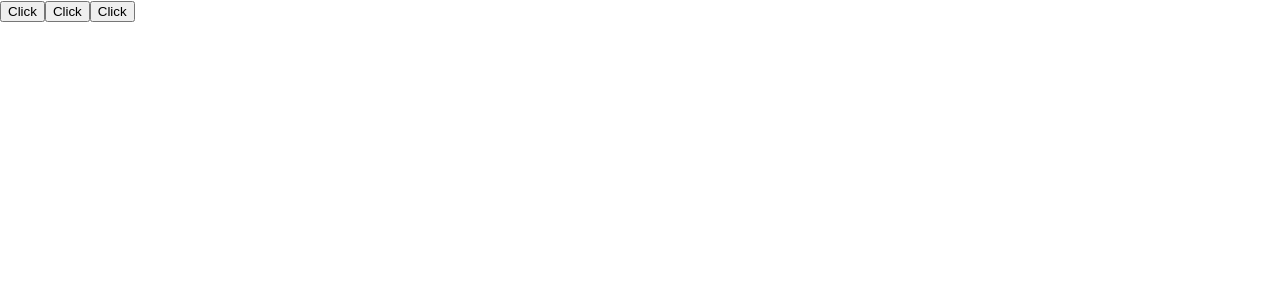
Repository: Mira757/capacitacao-React-Next.js-basico
Page: /basicos/botao
The author's editor kept a copy of each file at every save. The page is drawn from the files as they stood at one save, then again after the next save.
The browser window is 1280 px wide. The pictures show the whole page.
The project was rebuilt for these pictures with package versions that can differ from the ones it lists, and the page was loaded fresh each time. The framework's server and built-in components were replaced by stand-ins that run in the browser. Also part of the build but not shown: next.config.js, pages/css/integracao1.css.

Above is the page before, as saved 2022-03-10 23:01:32.

After the next save:
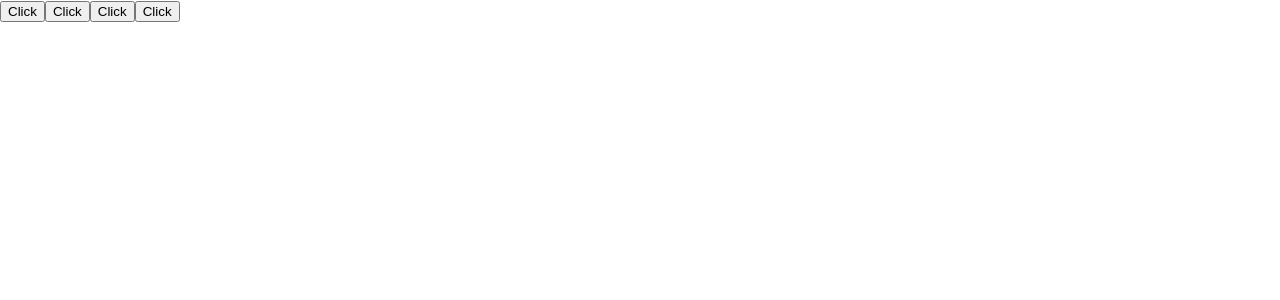
Saved 28 s later.
--- a/pages/basicos/botao.jsx
+++ b/pages/basicos/botao.jsx
@@ -15,6 +15,7 @@ export default function botao () {
       <button onClick={function () {
         console.log("acao3")
       }}>Click</button>
+      <button onClick={() => console.log("acao4")}>Click</button>
     </div>
   )
 }
